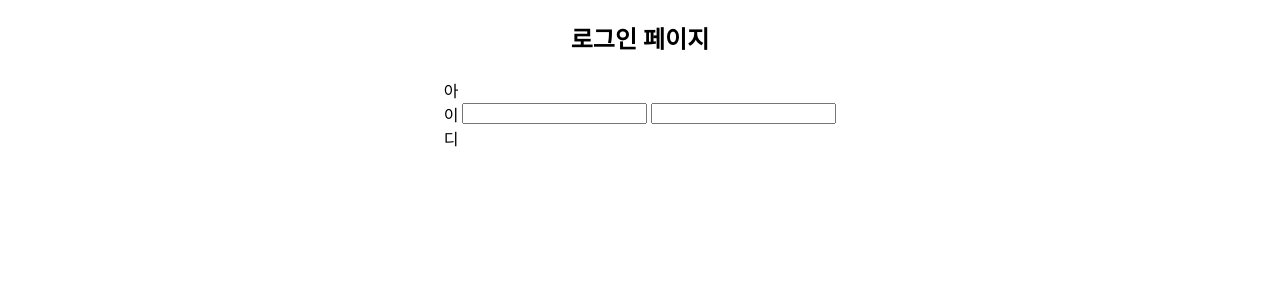
Repository: SuperHamzzi/JSPStudy
Page: http://localhost/JSP01/RequestLogin.jsp
The author's editor kept a copy of each file at every save. The page is drawn from the files as they stood at one save, then again after the next save.
The browser window is 1280 px wide. The pictures show the whole page.
The page is served by Tomcat 9.

Above is the page before, as saved 2023-06-04 08:25:23.

### JSP01/WebContent/RequestLogin.jsp
<%@ page language="java" contentType="text/html; charset=EUC-KR"
    pageEncoding="EUC-KR"%>
<!DOCTYPE html>
<html>
<head>
<meta charset="EUC-KR">
<title>Insert title here</title>
</head>
<body>

	<center>
	<h2> 로그인 페이지 </h2>
	<form action="RequestLoginProc.jsp" method="get">
	<table width="300">
	<tr height="60">
		<td align="center" width="150"> 아이디</td>
		<td align="left" width="250">
			<input type="text" name="id">
		</td>
		<td align="left" width="250">
			<input type="text" name="id">
		</td>

	</table>

	</form>
	</center>

</body>
</html>

After the next save:
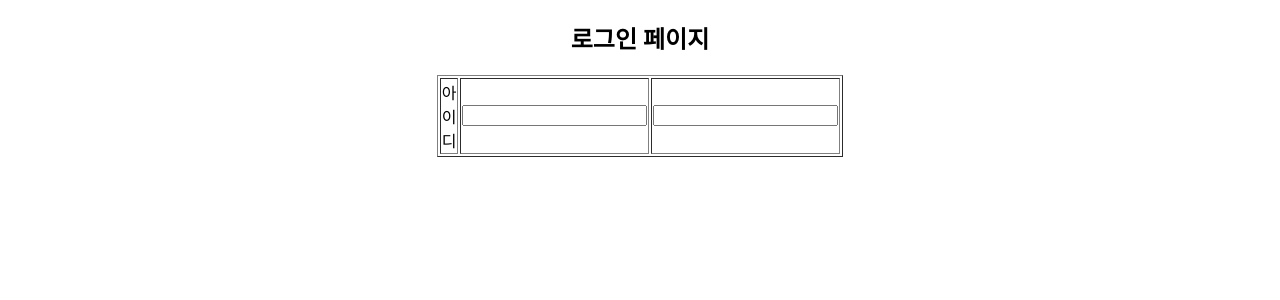
Saved 17 s later.
--- a/JSP01/WebContent/RequestLogin.jsp
+++ b/JSP01/WebContent/RequestLogin.jsp
@@ -11,7 +11,7 @@
 	<center>
 	<h2> 로그인 페이지 </h2>
 	<form action="RequestLoginProc.jsp" method="get">
-	<table width="300">
+	<table width="300" border=1>
 	<tr height="60">
 		<td align="center" width="150"> 아이디</td>
 		<td align="left" width="250">
